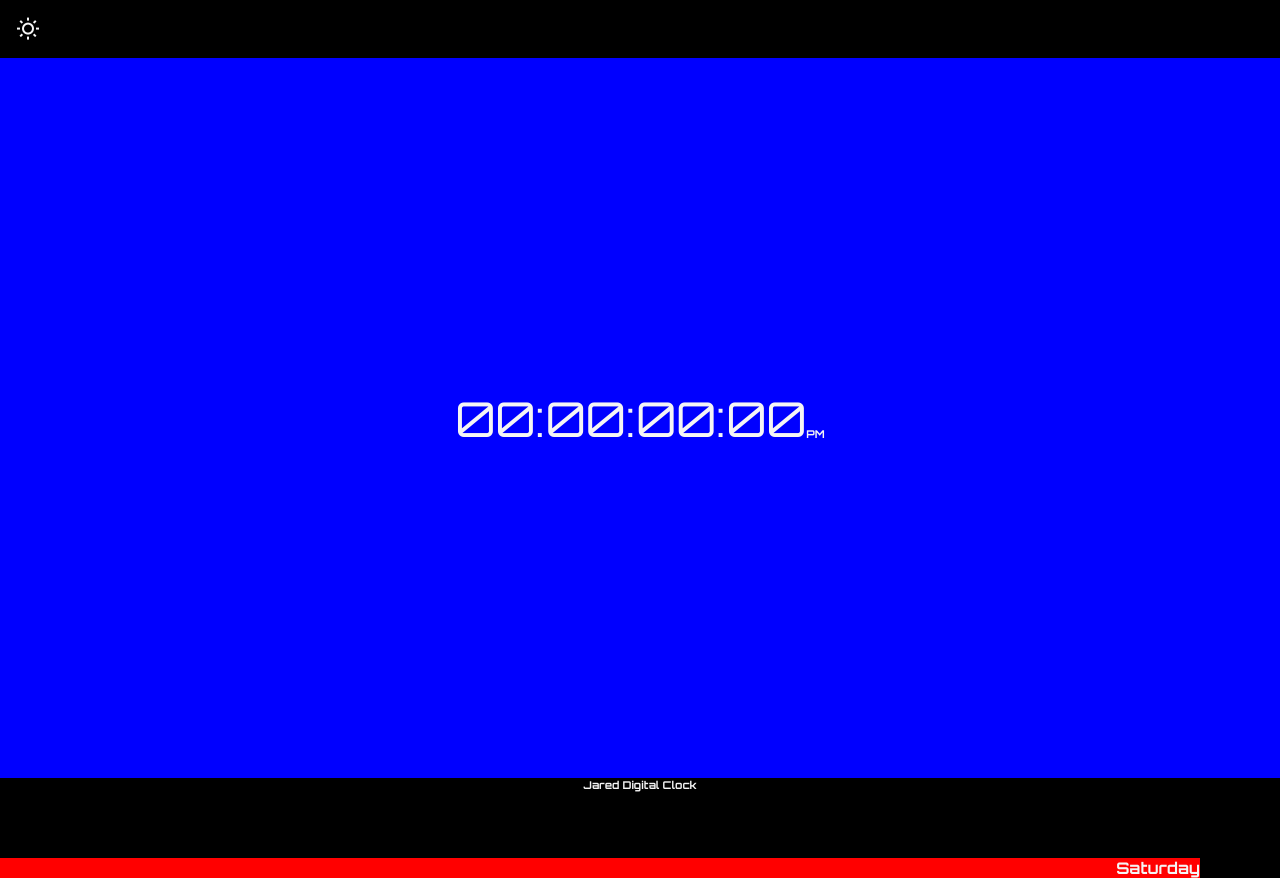
Repository: EguJaredoBoyd/Jared-Digital-Clock
Page: index.html
These files come from the project's save history. The page is drawn as it stood at one moment and after the next save; the edit follows.
The browser window is 1280 px wide. The pictures show the whole page.
Some web libraries are served in a nearby version.

Above is the page before, as saved 2026-01-04 22:20:35.

After the next save:
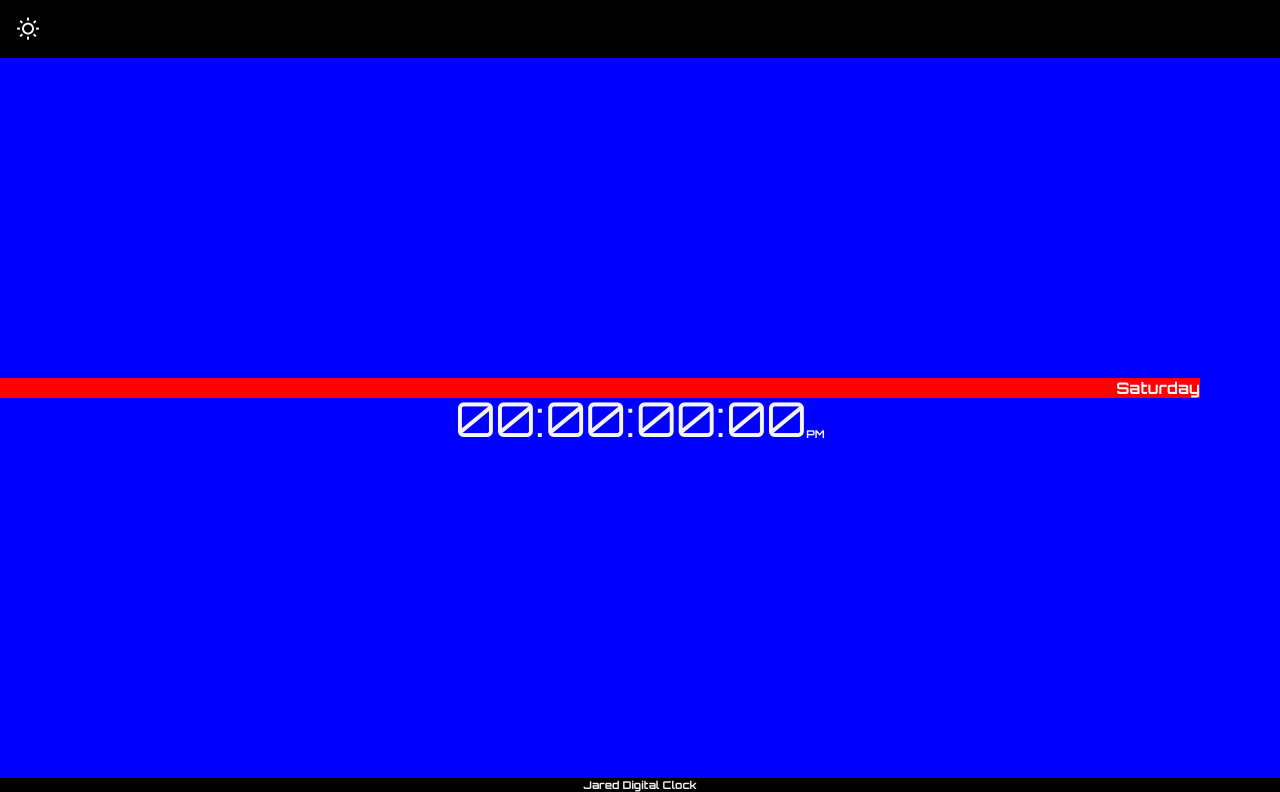
Saved 7 s later.
--- a/css/styles.css
+++ b/css/styles.css
@@ -76,7 +76,7 @@ header button i {
   justify-content: end;
   position: absolute;
   right: 5rem;
-  top: 50rem;
+  top: 20rem;
   background-color: red;
 }
 
